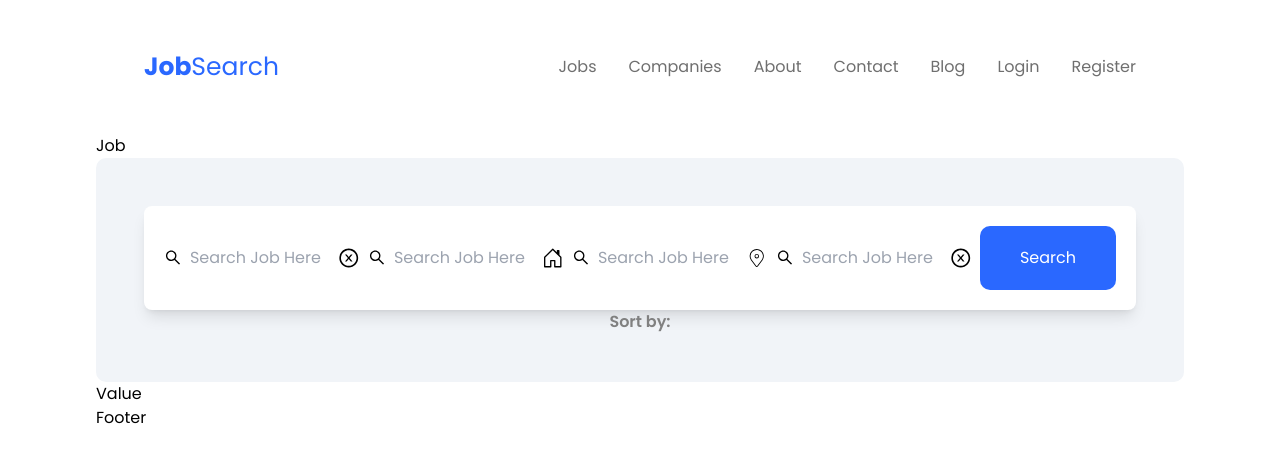
Repository: countaustin1990/Job-Search-website
Page: / (app in vite-project/)
These files come from the project's save history. The page is drawn as it stood at one moment and after the next save; the edit follows.
The browser window is 1280 px wide. The pictures show the whole page.
The project was rebuilt for these pictures with package versions that can differ from the ones it lists, and the page was loaded fresh each time. Also part of the build but not shown: vite-project/vite.config.js.

Above is the page before, as saved 2023-08-12 17:45:37.

After the next save:
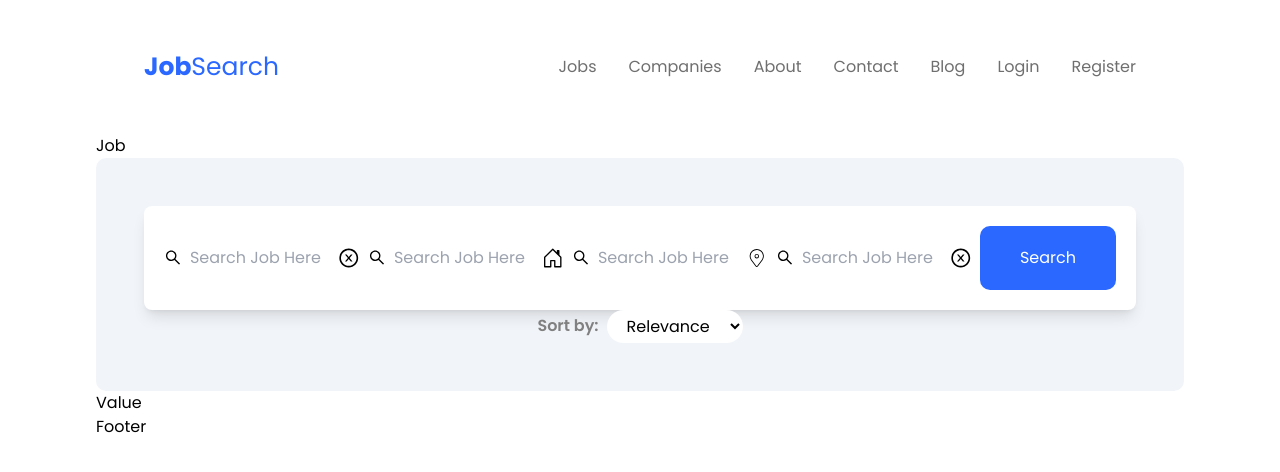
Saved 4 min 32 s later.
--- a/vite-project/src/components/Search.jsx
+++ b/vite-project/src/components/Search.jsx
@@ -46,6 +46,13 @@ const Search = () => {
                     <label htmlFor='relevance' className='text-[#808080] font-semibold'>
                         Sort by:
                     </label>
+
+                    <select name='' id='relevance' className='bg-white rounded-[34px] px-4 py-1'>
+                        <option value=''>Relevance</option>
+                        <option value=''>Inclusive</option>
+                        <option value=''>Start with</option>
+                        <option value=''>Contains</option>
+                    </select>
                 </div>
             </div>
         </div>
